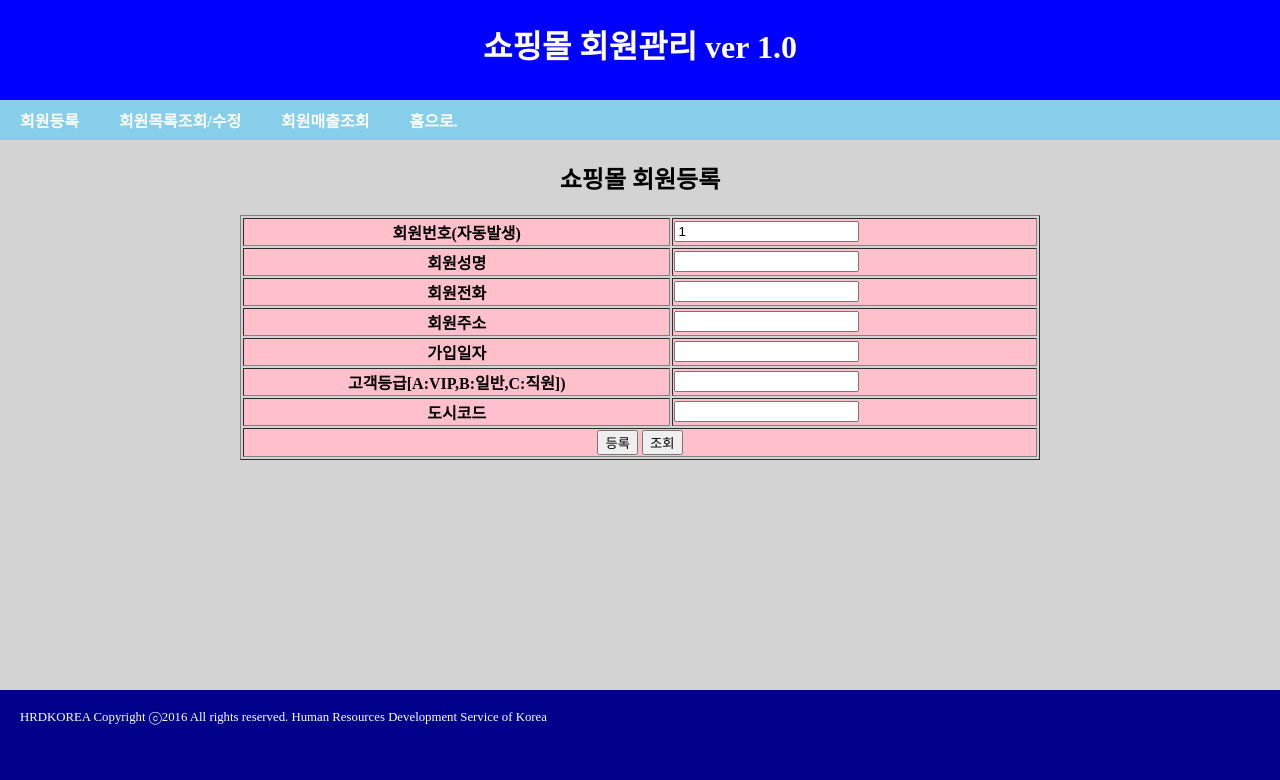
Repository: GotChun/DH_JSP
Page: http://localhost/HRD_1234/join.jsp
These files come from the project's save history. The page is drawn as it stood at one moment and after the next save; the edit follows.
The browser window is 1280 px wide. The pictures show the whole page.
The page is served by Tomcat 9. Queries for data that is not in the repository find no rows.

Above is the page before, as saved 2024-10-25 00:45:59.

After the next save:
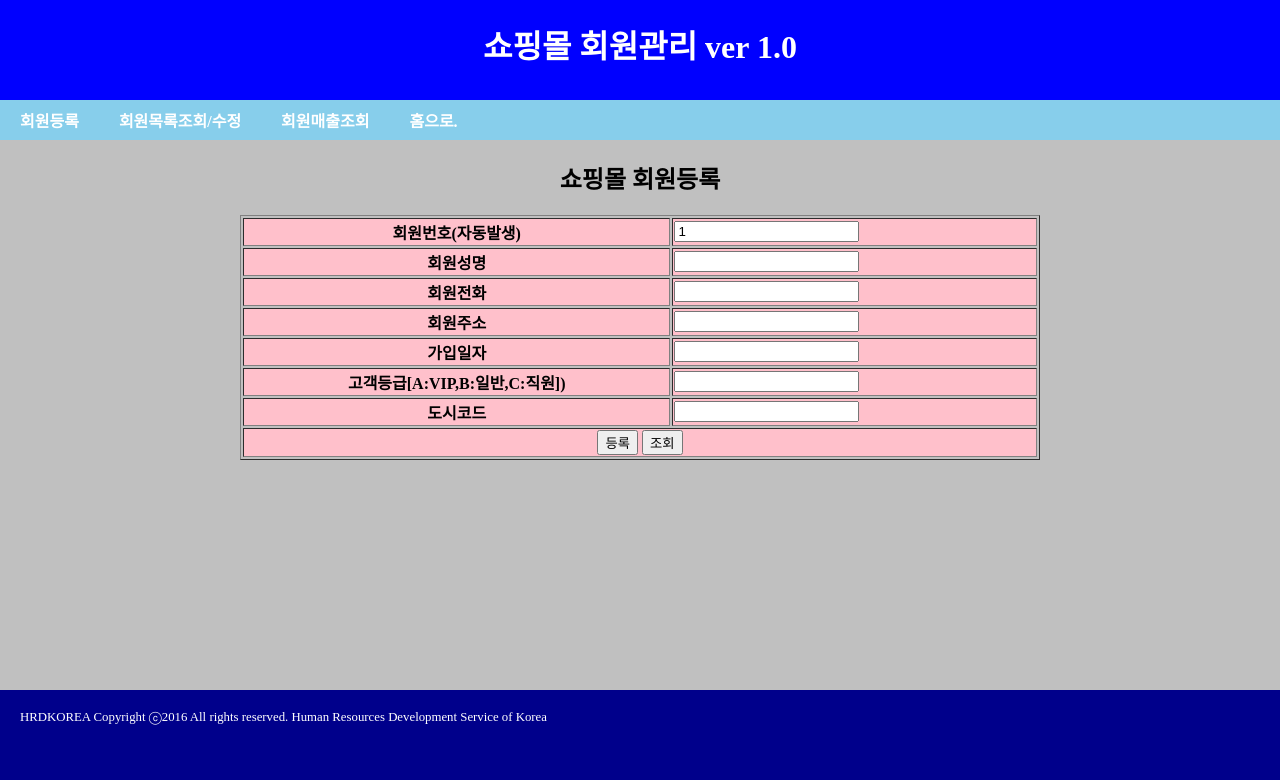
Saved 10 s later.
--- a/hrdkorea/HRD_1234/src/main/webapp/join.jsp
+++ b/hrdkorea/HRD_1234/src/main/webapp/join.jsp
@@ -27,7 +27,7 @@ System.out.println(todayTime);
 body {
 	margin: 0;
 	padding: 0;
-	background-color:lightgrey;
+	background-color:silver;
 }
 
 section {
